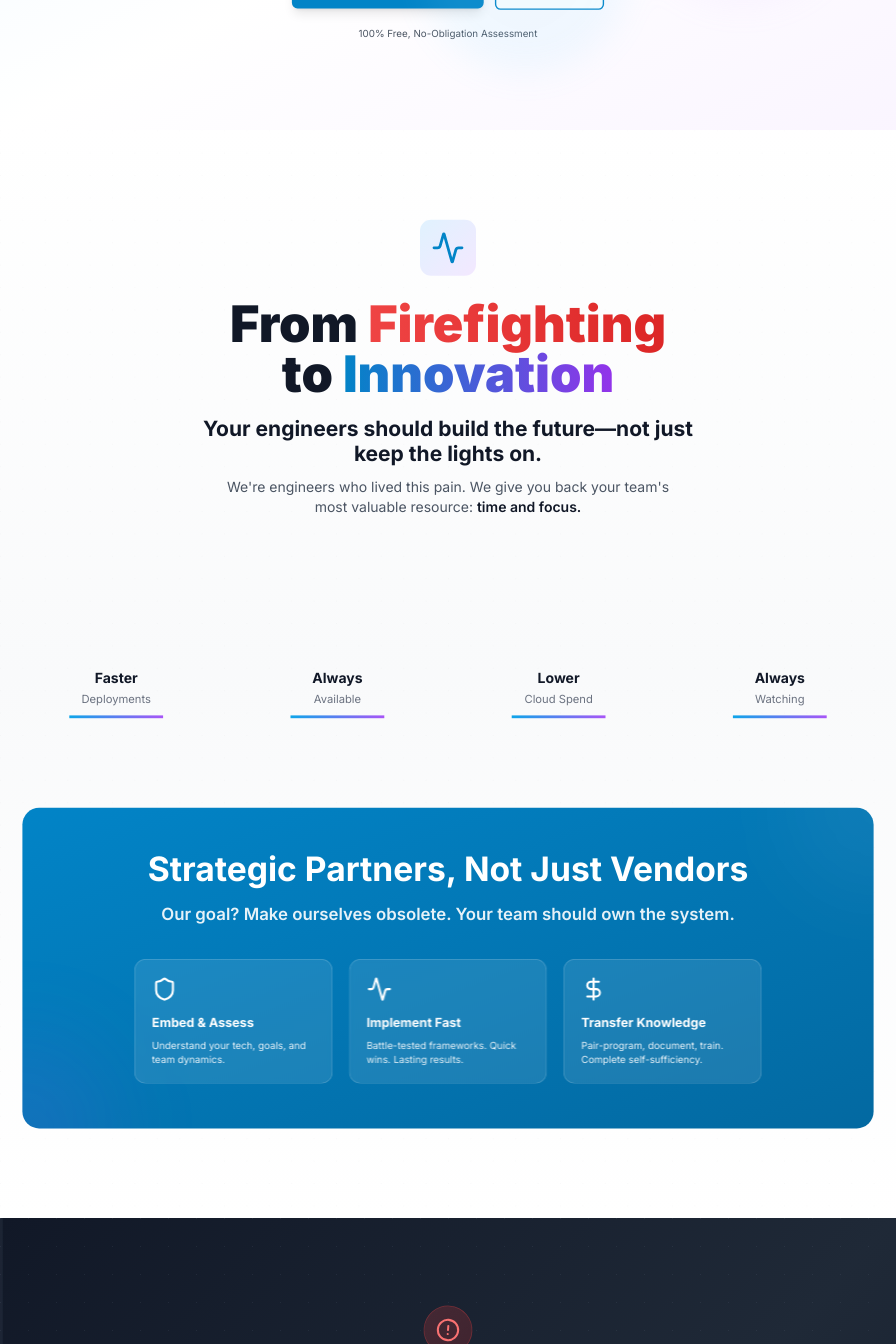
Repository: nirvaha-tech/nirva-monorepo
Page: / (app in frontend/)
The author's editor kept a copy of each file at every save. The page is drawn from the files as they stood at one save, then again after the next save.
The browser window is 1280 px wide. The pictures show the part of the page from y = 470 to 2390 px (the page is 6840 px tall before and 6452 px after), at 70% of full size.
The project was rebuilt for these pictures with package versions that can differ from the ones it lists, and the page was loaded fresh each time. The framework's server and built-in components were replaced by stand-ins that run in the browser. Also part of the build but not shown: frontend/next.config.js.

Above is the page before, as saved 2025-11-14 23:02:24.

### frontend/src/app/layout.tsx
/**
 * Root layout component
 *
 * Copyright (c) 2024 Nirvahatech. All rights reserved.
 * This software is proprietary and confidential.
 */

import type { Metadata } from "next";
import { Inter } from "next/font/google";
import "./globals.css";

const inter = Inter({ subsets: ["latin"], variable: "--font-inter" });

export const metadata: Metadata = {
  title: "Nirvahatech | Expert DevOps & Cloud Infrastructure Solutions",
  description:
    "Stop firefighting. Start innovating. Expert-led DevOps for tech leaders who need scalable, self-healing infrastructure. Transform chaos into reliability.",
  keywords: [
    "DevOps",
    "Kubernetes",
    "Cloud Infrastructure",
    "AWS",
    "CI/CD",
    "GitOps",
    "DevSecOps",
    "FinOps",
    "Infrastructure Automation",
  ],
  authors: [{ name: "Nirvahatech" }],
  openGraph: {
    title: "Nirvahatech | Expert DevOps & Cloud Infrastructure Solutions",
    description:
      "Transform your infrastructure from chaos to reliability. Expert-led DevOps automation for scaling tech companies.",
    type: "website",
    locale: "en_US",
    siteName: "Nirvahatech",
  },
  twitter: {
    card: "summary_large_image",
    title: "Nirvahatech | Expert DevOps & Cloud Infrastructure Solutions",
    description:
      "Transform your infrastructure from chaos to reliability. Expert-led DevOps automation for scaling tech companies.",
  },
  robots: {
    index: true,
    follow: true,
  },
};

export default function RootLayout({
  children,
}: {
  children: React.ReactNode;
}) {
  return (
    <html lang="en" className="scroll-smooth">
      <body className={`${inter.variable} font-sans antialiased`}>
        {children}
      </body>
    </html>
  );
}

### frontend/src/app/page.tsx
import { Header } from "@/components/Header";
import { Hero } from "@/components/Hero";
import { StoryStats } from "@/components/StoryStats";
import { Symptoms } from "@/components/Symptoms";
import { Services } from "@/components/Services";
import { Testimonials } from "@/components/Testimonials";
import { Contact } from "@/components/Contact";
import { Footer } from "@/components/Footer";
import { SmoothScroll } from "@/components/SmoothScroll";

export default function Home() {
  return (
    <main className="min-h-screen">
      <SmoothScroll />
      <Header />
      <Hero />
      <StoryStats />
      <Symptoms />
      <Services />
      <Testimonials />
      <Contact />
      <Footer />
    </main>
  );
}

### frontend/src/app/globals.css
@tailwind base;
@tailwind components;
@tailwind utilities;

@layer base {
  :root {
    --background: 0 0% 100%;
    --foreground: 222.2 84% 4.9%;
  }

  * {
    border-color: hsl(var(--border, 214.3 31.8% 91.4%));
  }

  body {
    @apply bg-white text-gray-900;
  }

  html {
    scroll-behavior: smooth;
  }
}

@layer utilities {
  .text-balance {
    text-wrap: balance;
  }

  /* Custom animations */
  @keyframes blob {
    0% {
      transform: translate(0px, 0px) scale(1);
    }
    33% {
      transform: translate(30px, -50px) scale(1.1);
    }
    66% {
      transform: translate(-20px, 20px) scale(0.9);
    }
    100% {
      transform: translate(0px, 0px) scale(1);
    }
  }

  .animate-blob {
    animation: blob 7s infinite;
  }

  .animation-delay-2000 {
    animation-delay: 2s;
  }

  .animation-delay-4000 {
    animation-delay: 4s;
  }

  /* Smooth transitions for reduced motion */
  @media (prefers-reduced-motion: reduce) {
    *,
    *::before,
    *::after {
      animation-duration: 0.01ms !important;
      animation-iteration-count: 1 !important;
      transition-duration: 0.01ms !important;
    }
  }

  /* Custom gradient animation */
  @keyframes gradient {
    0% {
      background-position: 0% 50%;
    }
    50% {
      background-position: 100% 50%;
    }
    100% {
      background-position: 0% 50%;
    }
  }

  .animate-gradient {
    background-size: 200% 200%;
    animation: gradient 15s ease infinite;
  }

  /* Shimmer effect for loading states */
  @keyframes shimmer {
    0% {
      background-position: -1000px 0;
    }
    100% {
      background-position: 1000px 0;
    }
  }

  .animate-shimmer {
    animation: shimmer 2s infinite;
    background: linear-gradient(to right, #f6f7f8 0%, #edeef1 20%, #f6f7f8 40%, #f6f7f8 100%);
    background-size: 1000px 100%;
  }

  /* Pulse glow effect */
  @keyframes pulse-glow {
    0%, 100% {
      box-shadow: 0 0 5px rgba(14, 165, 233, 0.5);
    }
    50% {
      box-shadow: 0 0 20px rgba(14, 165, 233, 0.8);
    }
  }

  .animate-pulse-glow {
    animation: pulse-glow 2s ease-in-out infinite;
  }
}

### frontend/src/components/StoryStats.tsx
"use client";

import { motion, Variants } from "framer-motion";
import { AnimatedCounter } from "./AnimatedCounter";
import { Activity, Shield, DollarSign } from "lucide-react";

export function StoryStats() {
  const stats = [
    {
      value: 5,
      suffix: "x",
      label: "Faster",
      description: "Deployments",
    },
    {
      value: 99.99,
      suffix: "%",
      decimals: 2,
      label: "Always",
      description: "Available",
    },
    {
      value: 40,
      prefix: "-",
      suffix: "%",
      label: "Lower",
      description: "Cloud Spend",
    },
    {
      value: 24,
      suffix: "/7",
      label: "Always",
      description: "Watching",
    },
  ];

  const container: Variants = {
    hidden: { opacity: 0 },
    show: {
      opacity: 1,
      transition: {
        staggerChildren: 0.15,
        delayChildren: 0.3,
      },
    },
  };

  const item: Variants = {
    hidden: { opacity: 0, y: 30, scale: 0.9 },
    show: {
      opacity: 1,
      y: 0,
      scale: 1,
      transition: {
        duration: 0.5,
        ease: [0, 0.71, 0.2, 1.01] as [number, number, number, number],
      },
    },
  };

  return (
    <section className="py-20 md:py-32 bg-gradient-to-b from-white via-gray-50 to-white relative overflow-hidden">
      {/* Subtle background pattern */}
      <div className="absolute inset-0 opacity-[0.02]">
        <div
          className="absolute inset-0"
          style={{
            backgroundImage: `radial-gradient(circle at 1px 1px, rgb(0, 0, 0) 1px, transparent 0)`,
            backgroundSize: '32px 32px',
          }}
        />
      </div>

      <div className="relative max-w-7xl mx-auto px-4 sm:px-6 lg:px-8">
        {/* Hero Message */}
        <motion.div
          initial={{ opacity: 0, y: 30 }}
          whileInView={{ opacity: 1, y: 0 }}
          viewport={{ once: true }}
          transition={{ duration: 0.8 }}
          className="text-center mb-20 md:mb-28"
        >
          <div className="inline-flex items-center justify-center w-20 h-20 mb-8 rounded-2xl bg-gradient-to-br from-primary-100 to-secondary-100">
            <Activity size={48} className="text-primary-600" />
          </div>

          <h2 className="text-5xl md:text-7xl font-black text-gray-900 mb-6 leading-tight">
            From{" "}
            <span className="text-transparent bg-clip-text bg-gradient-to-r from-red-500 to-red-600">
              Firefighting
            </span>
            <br />
            to{" "}
            <span className="text-transparent bg-clip-text bg-gradient-to-r from-primary-600 to-secondary-600">
              Innovation
            </span>
          </h2>

          <p className="text-2xl md:text-3xl font-bold text-gray-900 mb-4 max-w-3xl mx-auto">
            Your engineers should build the future—not just keep the lights on.
          </p>

          <p className="text-lg md:text-xl text-gray-600 max-w-2xl mx-auto">
            We&apos;re engineers who lived this pain. We give you back your team&apos;s most valuable resource:{" "}
            <span className="font-semibold text-gray-900">time and focus.</span>
          </p>
        </motion.div>

        {/* Stats Grid */}
        <motion.div
          variants={container}
          initial="hidden"
          whileInView="show"
          viewport={{ once: true, amount: 0.2 }}
          className="grid grid-cols-2 lg:grid-cols-4 gap-8 md:gap-12 mb-24 md:mb-32"
        >
          {stats.map((stat, index) => (
            <motion.div
              key={index}
              variants={item}
              whileHover={{
                scale: 1.1,
                transition: { duration: 0.2, ease: "easeOut" }
              }}
              className="text-center cursor-pointer group"
            >
              {/* Number */}
              <div className="text-6xl md:text-7xl lg:text-8xl font-black mb-2 transition-all duration-300">
                <span className="text-transparent bg-clip-text bg-gradient-to-br from-gray-900 via-primary-600 to-secondary-600 group-hover:from-primary-500 group-hover:via-secondary-500 group-hover:to-primary-700">
                  <AnimatedCounter
                    end={stat.value}
                    suffix={stat.suffix}
                    prefix={stat.prefix}
                    decimals={stat.decimals}
                  />
                </span>
              </div>

              {/* Label */}
              <div className="text-lg md:text-xl font-bold text-gray-900 mb-1 group-hover:text-primary-600 transition-colors">
                {stat.label}
              </div>

              {/* Description */}
              <div className="text-sm md:text-base text-gray-500 group-hover:text-gray-700 transition-colors">
                {stat.description}
              </div>

              {/* Hover line */}
              <motion.div
                initial={{ scaleX: 0 }}
                whileInView={{ scaleX: 1 }}
                viewport={{ once: true }}
                transition={{ delay: 0.5 + index * 0.1, duration: 0.4 }}
                className="mt-3 h-1 bg-gradient-to-r from-primary-500 to-secondary-500 mx-auto"
                style={{ width: '50%' }}
              />
            </motion.div>
          ))}
        </motion.div>

        {/* Strategic Partner CTA */}
        <motion.div
          initial={{ opacity: 0, y: 30 }}
          whileInView={{ opacity: 1, y: 0 }}
          viewport={{ once: true }}
          transition={{ duration: 0.6, delay: 0.3 }}
          className="bg-gradient-to-br from-primary-600 to-primary-700 rounded-3xl p-10 md:p-16 text-white relative overflow-hidden"
        >
          {/* Background decoration */}
          <div className="absolute top-0 right-0 w-64 h-64 bg-white/5 rounded-full -translate-y-1/2 translate-x-1/2 blur-3xl" />
          <div className="absolute bottom-0 left-0 w-64 h-64 bg-secondary-500/10 rounded-full translate-y-1/2 -translate-x-1/2 blur-3xl" />

          <div className="relative">
            <h3 className="text-3xl md:text-5xl font-bold mb-6 text-center">
              Strategic Partners, Not Just Vendors
            </h3>
            <p className="text-xl md:text-2xl font-semibold text-center mb-12 opacity-90">
              Our goal? Make ourselves obsolete. Your team should own the system.
            </p>

            <div className="grid md:grid-cols-3 gap-6 max-w-4xl mx-auto">
              {[
                {
                  icon: Shield,
                  title: "Embed & Assess",
                  desc: "Understand your tech, goals, and team dynamics.",
                },
                {
                  icon: Activity,
                  title: "Implement Fast",
                  desc: "Battle-tested frameworks. Quick wins. Lasting results.",
                },
                {
                  icon: DollarSign,
                  title: "Transfer Knowledge",
                  desc: "Pair-program, document, train. Complete self-sufficiency.",
                },
              ].map((item, index) => {
                const Icon = item.icon;
                return (
                  <motion.div
                    key={index}
                    initial={{ opacity: 0, y: 20 }}
                    whileInView={{ opacity: 1, y: 0 }}
                    viewport={{ once: true }}
                    transition={{ delay: 0.2 + index * 0.1, duration: 0.5 }}
                    whileHover={{ y: -5, transition: { duration: 0.2 } }}
                    className="bg-white/10 backdrop-blur-sm rounded-2xl p-6 border border-white/20 hover:bg-white/15 transition-all"
                  >
                    <Icon className="mb-4" size={36} />
                    <h4 className="font-bold text-lg mb-2">{item.title}</h4>
                    <p className="text-sm opacity-90">{item.desc}</p>
                  </motion.div>
                );
              })}
            </div>
          </div>
        </motion.div>
      </div>
    </section>
  );
}

### frontend/src/components/SmoothScroll.tsx
/**
 * Smooth scroll component for navigation links
 *
 * Copyright (c) 2024 Nirvahatech. All rights reserved.
 */

"use client";

import { useEffect } from "react";

export function SmoothScroll() {
  useEffect(() => {
    const handleSmoothScroll = (e: MouseEvent) => {
      const target = e.target as HTMLElement;
      const href = target.getAttribute("href");

      if (href && href.startsWith("#")) {
        e.preventDefault();
        const element = document.querySelector(href);

        if (element) {
          const offset = 80; // Header height
          const elementPosition = element.getBoundingClientRect().top;
          const offsetPosition = elementPosition + window.pageYOffset - offset;

          window.scrollTo({
            top: offsetPosition,
            behavior: "smooth",
          });
        }
      }
    };

    // Add click listeners to all anchor links
    const links = document.querySelectorAll('a[href^="#"]');
    links.forEach((link) => {
      link.addEventListener("click", handleSmoothScroll as EventListener);
    });

    // Cleanup
    return () => {
      links.forEach((link) => {
        link.removeEventListener("click", handleSmoothScroll as EventListener);
      });
    };
  }, []);

  return null;
}

### frontend/src/components/AnimatedCounter.tsx
/**
 * Animated number counter component
 *
 * Copyright (c) 2024 Nirvahatech. All rights reserved.
 */

"use client";

import { useEffect, useState } from "react";
import { useInView } from "react-intersection-observer";
import CountUp from "react-countup";

interface AnimatedCounterProps {
  end: number;
  suffix?: string;
  prefix?: string;
  decimals?: number;
  duration?: number;
}

export function AnimatedCounter({
  end,
  suffix = "",
  prefix = "",
  decimals = 0,
  duration = 2.5,
}: AnimatedCounterProps) {
  const [ref, inView] = useInView({
    triggerOnce: true,
    threshold: 0.3,
  });

  const [startCount, setStartCount] = useState(false);

  useEffect(() => {
    if (inView) {
      setStartCount(true);
    }
  }, [inView]);

  return (
    <div ref={ref}>
      {startCount && (
        <CountUp
          start={0}
          end={end}
          duration={duration}
          decimals={decimals}
          prefix={prefix}
          suffix={suffix}
          separator=","
        />
      )}
      {!startCount && `${prefix}0${suffix}`}
    </div>
  );
}

### frontend/src/components/AnimatedSection.tsx
/**
 * Reusable animated section wrapper with scroll animations
 *
 * Copyright (c) 2024 Nirvahatech. All rights reserved.
 */

"use client";

import { motion } from "framer-motion";
import { useInView } from "react-intersection-observer";
import { ReactNode } from "react";

interface AnimatedSectionProps {
  children: ReactNode;
  animation?: "fade" | "slide-up" | "slide-left" | "slide-right" | "scale";
  delay?: number;
  duration?: number;
  className?: string;
}

export function AnimatedSection({
  children,
  animation = "fade",
  delay = 0,
  duration = 0.6,
  className = "",
}: AnimatedSectionProps) {
  const [ref, inView] = useInView({
    triggerOnce: true,
    threshold: 0.1,
  });

  const animations = {
    fade: {
      hidden: { opacity: 0 },
      visible: { opacity: 1 },
    },
    "slide-up": {
      hidden: { opacity: 0, y: 50 },
      visible: { opacity: 1, y: 0 },
    },
    "slide-left": {
      hidden: { opacity: 0, x: -50 },
      visible: { opacity: 1, x: 0 },
    },
    "slide-right": {
      hidden: { opacity: 0, x: 50 },
      visible: { opacity: 1, x: 0 },
    },
    scale: {
      hidden: { opacity: 0, scale: 0.8 },
      visible: { opacity: 1, scale: 1 },
    },
  };

  return (
    <motion.div
      ref={ref}
      initial="hidden"
      animate={inView ? "visible" : "hidden"}
      variants={animations[animation]}
      transition={{
        duration,
        delay,
        ease: [0.25, 0.46, 0.45, 0.94],
      }}
      className={className}
    >
      {children}
    </motion.div>
  );
}

### frontend/tailwind.config.ts
import type { Config } from "tailwindcss";

const config: Config = {
  content: [
    "./src/pages/**/*.{js,ts,jsx,tsx,mdx}",
    "./src/components/**/*.{js,ts,jsx,tsx,mdx}",
    "./src/app/**/*.{js,ts,jsx,tsx,mdx}",
  ],
  theme: {
    extend: {
      colors: {
        primary: {
          50: '#f0f9ff',
          100: '#e0f2fe',
          200: '#bae6fd',
          300: '#7dd3fc',
          400: '#38bdf8',
          500: '#0ea5e9',
          600: '#0284c7',
          700: '#0369a1',
          800: '#075985',
          900: '#0c4a6e',
          950: '#082f49',
        },
        secondary: {
          50: '#faf5ff',
          100: '#f3e8ff',
          200: '#e9d5ff',
          300: '#d8b4fe',
          400: '#c084fc',
          500: '#a855f7',
          600: '#9333ea',
          700: '#7e22ce',
          800: '#6b21a8',
          900: '#581c87',
          950: '#3b0764',
        },
      },
      fontFamily: {
        sans: ['var(--font-inter)', 'system-ui', 'sans-serif'],
      },
    },
  },
  plugins: [],
};

export default config;

Loaded but not shown: frontend/src/components/Contact.tsx (273 lines, source omitted); frontend/src/components/Symptoms.tsx (248 lines, source omitted); frontend/src/components/Hero.tsx (114 lines, source omitted); frontend/src/components/Services.tsx (101 lines, source omitted); frontend/src/components/Testimonials.tsx (80 lines, source omitted); frontend/src/components/Header.tsx (81 lines, source omitted); frontend/src/components/Footer.tsx (78 lines, source omitted)

After the next save:
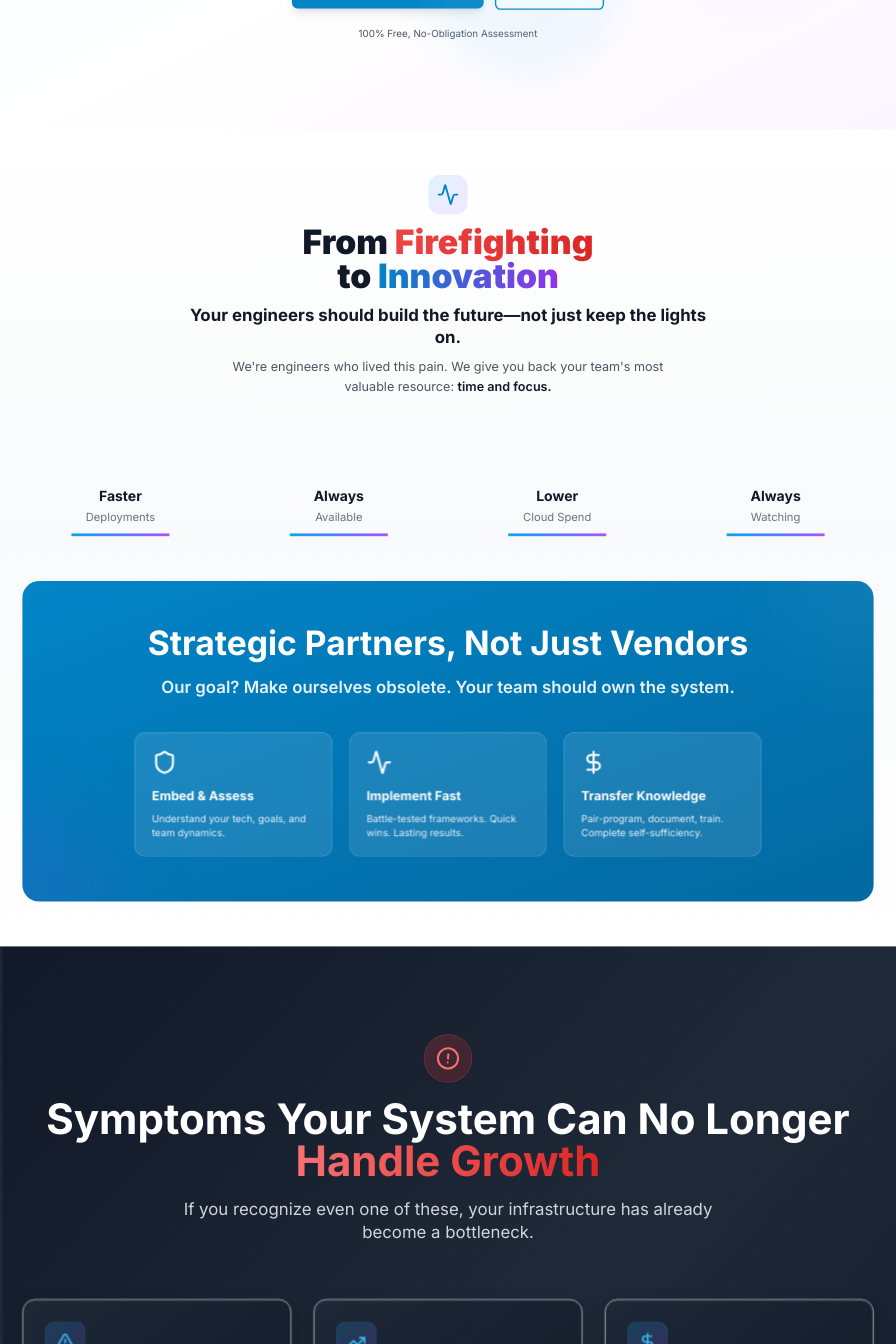
Saved 3 min 49 s later.
--- a/frontend/src/components/StoryStats.tsx
+++ b/frontend/src/components/StoryStats.tsx
@@ -59,7 +59,7 @@ export function StoryStats() {
   };
 
   return (
-    <section className="py-20 md:py-32 bg-gradient-to-b from-white via-gray-50 to-white relative overflow-hidden">
+    <section className="py-12 md:py-16 bg-gradient-to-b from-white via-gray-50 to-white relative overflow-hidden">
       {/* Subtle background pattern */}
       <div className="absolute inset-0 opacity-[0.02]">
         <div
@@ -78,13 +78,13 @@ export function StoryStats() {
           whileInView={{ opacity: 1, y: 0 }}
           viewport={{ once: true }}
           transition={{ duration: 0.8 }}
-          className="text-center mb-20 md:mb-28"
+          className="text-center mb-10 md:mb-12"
         >
-          <div className="inline-flex items-center justify-center w-20 h-20 mb-8 rounded-2xl bg-gradient-to-br from-primary-100 to-secondary-100">
-            <Activity size={48} className="text-primary-600" />
+          <div className="inline-flex items-center justify-center w-14 h-14 mb-4 rounded-2xl bg-gradient-to-br from-primary-100 to-secondary-100">
+            <Activity size={32} className="text-primary-600" />
           </div>
 
-          <h2 className="text-5xl md:text-7xl font-black text-gray-900 mb-6 leading-tight">
+          <h2 className="text-4xl md:text-5xl font-black text-gray-900 mb-4 leading-tight">
             From{" "}
             <span className="text-transparent bg-clip-text bg-gradient-to-r from-red-500 to-red-600">
               Firefighting
@@ -96,11 +96,11 @@ export function StoryStats() {
             </span>
           </h2>
 
-          <p className="text-2xl md:text-3xl font-bold text-gray-900 mb-4 max-w-3xl mx-auto">
+          <p className="text-xl md:text-2xl font-bold text-gray-900 mb-3 max-w-3xl mx-auto">
             Your engineers should build the future—not just keep the lights on.
           </p>
 
-          <p className="text-lg md:text-xl text-gray-600 max-w-2xl mx-auto">
+          <p className="text-base md:text-lg text-gray-600 max-w-2xl mx-auto">
             We&apos;re engineers who lived this pain. We give you back your team&apos;s most valuable resource:{" "}
             <span className="font-semibold text-gray-900">time and focus.</span>
           </p>
@@ -112,7 +112,7 @@ export function StoryStats() {
           initial="hidden"
           whileInView="show"
           viewport={{ once: true, amount: 0.2 }}
-          className="grid grid-cols-2 lg:grid-cols-4 gap-8 md:gap-12 mb-24 md:mb-32"
+          className="grid grid-cols-2 lg:grid-cols-4 gap-6 md:gap-8 mb-12 md:mb-16"
         >
           {stats.map((stat, index) => (
             <motion.div
@@ -125,7 +125,7 @@ export function StoryStats() {
               className="text-center cursor-pointer group"
             >
               {/* Number */}
-              <div className="text-6xl md:text-7xl lg:text-8xl font-black mb-2 transition-all duration-300">
+              <div className="text-5xl md:text-6xl lg:text-7xl font-black mb-2 transition-all duration-300">
                 <span className="text-transparent bg-clip-text bg-gradient-to-br from-gray-900 via-primary-600 to-secondary-600 group-hover:from-primary-500 group-hover:via-secondary-500 group-hover:to-primary-700">
                   <AnimatedCounter
                     end={stat.value}
